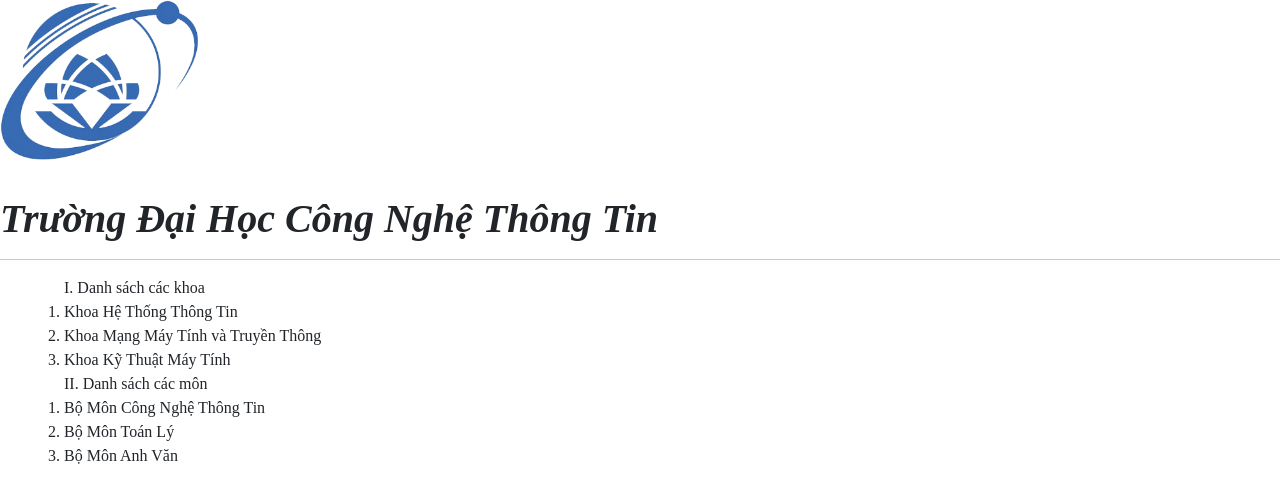
Repository: hoapham2k2/bai_tap_thuc_hanh_is207.n12
Page: index.html
These files come from the project's save history. The page is drawn as it stood at one moment and after the next save; the edit follows.
The browser window is 1280 px wide. The pictures show the whole page.

Above is the page before, as saved 2022-09-19 08:59:27.

After the next save:
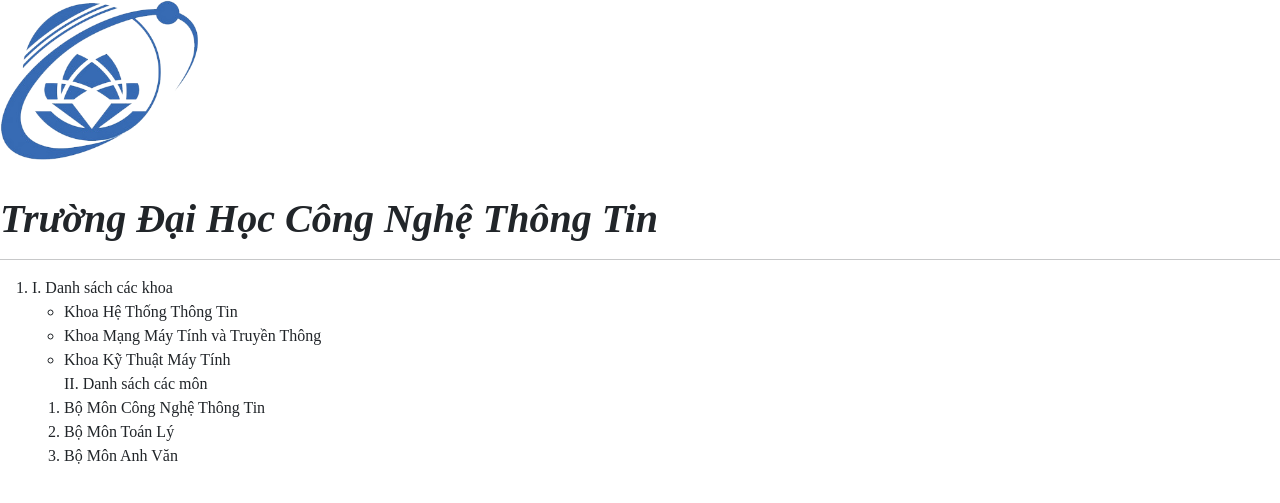
Saved 43 s later.
--- a/index.html
+++ b/index.html
@@ -99,11 +99,14 @@
         <hr>
         <div class="wrapper_body">
             <ul class="wrapper_list">
-                <ul class="wrapper_list_1st">I. Danh sách các khoa
-                    <li class="wrapper_item">Khoa Hệ Thống Thông Tin</li>
-                    <li class="wrapper_item">Khoa Mạng Máy Tính và Truyền Thông</li>
-                    <li class="wrapper_item">Khoa Kỹ Thuật Máy Tính</li>
-                </ul>
+                <li class="wrapper_list_1st">I. Danh sách các khoa
+                    <ul class="wrapper_list_wrapper">
+
+                        <li class="wrapper_item">Khoa Hệ Thống Thông Tin</li>
+                        <li class="wrapper_item">Khoa Mạng Máy Tính và Truyền Thông</li>
+                        <li class="wrapper_item">Khoa Kỹ Thuật Máy Tính</li>
+                    </ul>
+                </li>
                 <ul class="wrapper_list_2st">II. Danh sách các môn
                     <li class="wrapper_item">Bộ Môn Công Nghệ Thông Tin</li>
                     <li class="wrapper_item">Bộ Môn Toán Lý</li>
